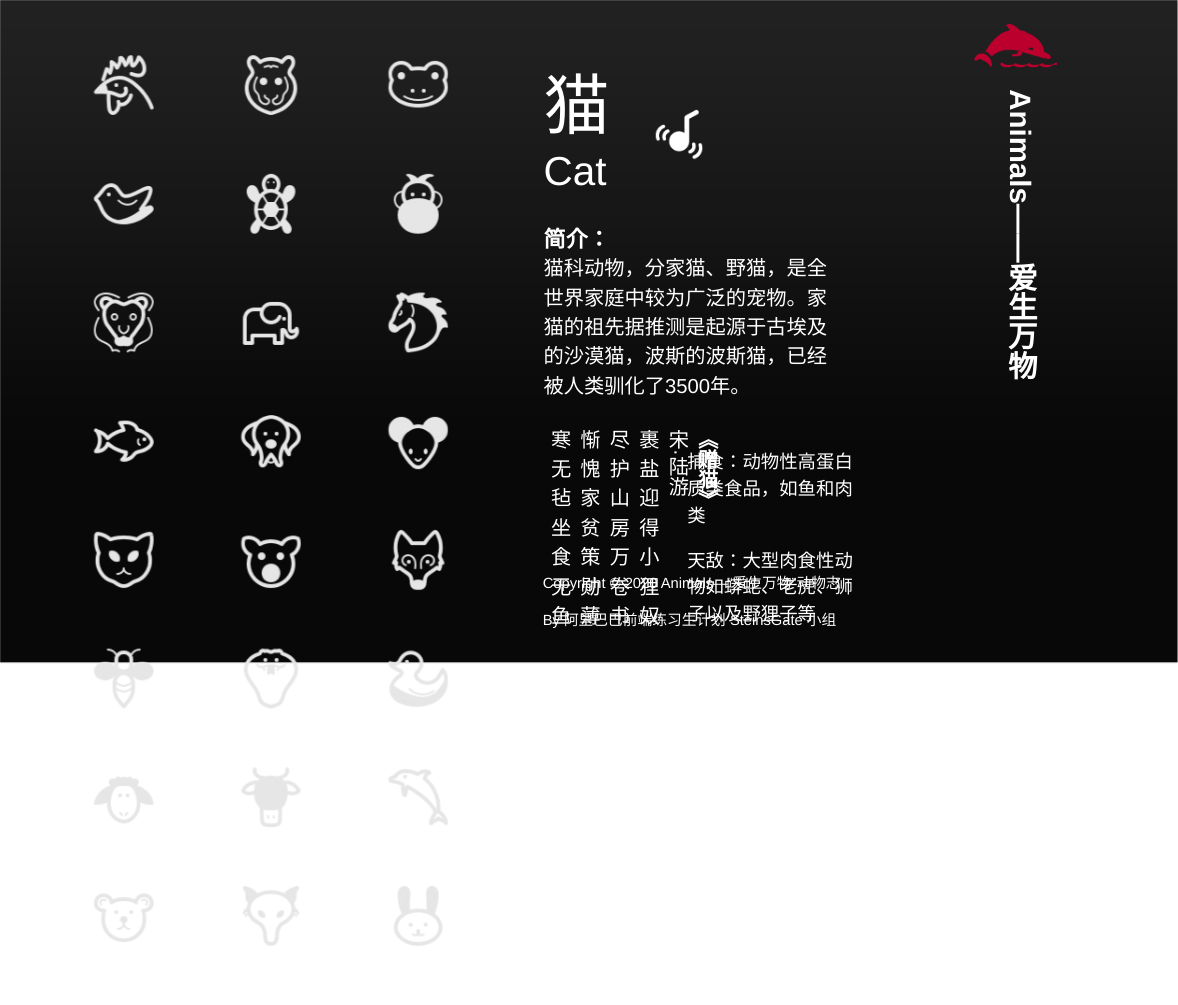
Repository: Whiskeyi/Animals
Page: /
The author's editor kept a copy of each file at every save. The page is drawn from the files as they stood at one save, then again after the next save.
The browser window is 1280 px wide. The pictures show the whole page, at 92% of full size.
The project was rebuilt for these pictures with package versions that can differ from the ones it lists, and the page was loaded fresh each time.

Above is the page before, as saved 2021-11-17 15:13:47.

### public/index.html
<!DOCTYPE html>
<html lang="en">
  <head>
    <meta charset="utf-8">
    <meta http-equiv="X-UA-Compatible" content="IE=edge">
    <meta name="viewport" content="width=device-width,initial-scale=1.0">
    <link rel="icon" href="<%= BASE_URL %>favicon.ico">
    <title>Animals</title>
  </head>
  <body>
    <noscript>
      <strong>We're sorry but animals doesn't work properly without JavaScript enabled. Please enable it to continue.</strong>
    </noscript>
    <div id="app"></div>
    <!-- built files will be auto injected -->
  </body>
</html>

### src/main.js
import Vue from 'vue'
import App from './App.vue'
import router from './router'
import store from './store'
import './plugins/element.js' // 引入element-ui

Vue.config.productionTip = false

new Vue({
  router,
  store,
  render: h => h(App)
}).$mount('#app')

### src/App.vue
<template>
  <div id="app">
    <!-- 入口 -->
    <router-view/>
  </div>
</template>

<style lang="scss">
#app {
  font-family: 'Avenir', Helvetica, Arial, sans-serif;
  -webkit-font-smoothing: antialiased;
  -moz-osx-font-smoothing: grayscale;
}

html, body {  // 去除白边
    width: 100%;
    height: 100%;
    margin: 0;
    padding: 0;
    position: relative;
}

</style>

### src/router.js
// 路由
import Vue from 'vue'
import Router from 'vue-router'
import Home from './views/Home.vue'

Vue.use(Router)

export default new Router({
  mode: 'history',
  base: process.env.BASE_URL,
  routes: [
    {
      path: '/',
      name: 'home',
      component: Home
    }
  ]
})

### src/plugins/element.js
// 引入element-ui
import Vue from 'vue'

import ElementUI from 'element-ui';
import 'element-ui/lib/theme-chalk/index.css';

Vue.use(ElementUI);

### src/views/Home.vue
<template>
  <div class="home">
    <!-- 背景+光泽效果 -->
    <Gloss></Gloss>
    <!-- 页面容器 -->
    <div class="container">
      <!-- 左侧展示模块 -->
      <div id="leftContainer">
        <LeftMain></LeftMain>
      </div>
      <!-- 右侧展示模块 -->
      <div id="rightContainer">
        <!-- 输出信息 -->
          <Info></Info>
          <!-- 右侧标题 -->
          <RightHead></RightHead>
          <!-- 尾部 -->
          <Footer></Footer>
      </div>
    </div>
  </div>
</template>

<script>
// @ is an alias to /src
// 组件引入
import Gloss from '@/components/Gloss'
import Footer from '@/components/Footer'
import Info from '@/components/Info'
import RightHead from '@/components/right-head'
import LeftMain from '@/components/left-main'

export default {
  name: 'home',
  components: {
    Gloss,Footer,Info,RightHead,LeftMain
  }
}
</script>

<style lang="scss" scoped>
#leftContainer {
  position: absolute;
  left: 10%;
  width: 30%;
  height: 100%;
  margin: 0 auto;
}
#rightContainer {
  position: fixed;
  right: 10%;
  width: 50%;
  height: 100%;
  margin: 0 auto;
}
@media screen and (max-width: 1440px) { // 屏幕小于1440px样式
  #leftContainer {
  position: absolute;
  left: 5%;
  width: 36%;
  height: 100%;
  margin: 0 auto;
}
#rightContainer {
  position: fixed;
  right: 5%;
  width: 54%;
  height: 100%;
  margin: 0 auto;
}
}
</style>

### src/components/Gloss/index.vue
<template>
<!-- 实现光泽效果,丰富背景颜色 -->
<div id="bg" :style="{ backgroundColor : color }">
    <div id="gloss"></div>
</div>
</template>

<script>
export default {
    data() {
        return {
            color: 'rgb(158, 122, 122)'
        }
    },
    mounted() {
        setInterval(function() {
            let arrColor = ["#FC9F4D", "#E98B2A", "#90B44B", "#4D5139", "#1C1C1C", "#4F4F48",
                            "#FF5E99", "#828282", "#52433D", "#947A6D", "#080808", "#0C0C0C",
                            "#434343", "#B19693", "#434343", "#EFBB24", "#90B44B", "#373C38",
                            "#BDC0BA", "#BDC0BA", "#BDC0BA", "#434343","#BDC0BA", "#BDC0BA"]
            let color = arrColor[Math.floor(Math.random() * arrColor.length)]
            document.getElementById('bg').style.backgroundColor = color
            window.console.log(color)
            this.color = color
        }, 3000);
    }
}
</script>

<style lang="scss" scoped>
#gloss {
    position: fixed;
    width: 100%;
    height: 478px;
    background: url('../../assets/gloss.png') repeat-x;
    // z-index: -8;  //暂时注释,影响调试
}
#bg {
  height: 100%;
  width: 100%;
  position: fixed;
  // transition: background-color 2s ease-in; // 背景颜色2S过渡
  filter: blur(0.5px); // 背景高斯模糊
  // z-index: -9; //暂时注释,影响调试
}
</style>

### src/components/Footer/index.vue
<template>
  <div class="footerContainer">
      <p>Copyright © 2020 Animals—“爱生万物”动物志</p>
      <p>By 阿里巴巴前端练习生计划 SteinsGate 小组</p>
  </div>
</template>

<script>
export default {

}
</script>

<style lang="scss" scoped>
.footerContainer {
    position: fixed;
    bottom: 0;
    font-size: 1rem;
    color:#fff;
    margin:0 0 20px 65px;
}
</style>

### src/components/Info/index.vue
<template>
  <div class="infoContainer">
    <div class="infPadding">
      <!-- 标题、声音icon -->
    <Introduce></Introduce>
    <!-- 简介 -->
    <IntroduceMid></IntroduceMid>
    <!-- 捕食、诗 -->
    <HabbitPoem></HabbitPoem>
    </div>
  </div>
</template>

<script>
import Introduce from './Introduce'
import HabbitPoem from './habbit-poem'
import IntroduceMid from './introduce-mid'
export default {
  name: 'Info',
  components: {
    Introduce, HabbitPoem, IntroduceMid
  }
}
</script>

<style lang="scss" scoped>
.infoContainer {
    float: left;
    z-index: 10000;
    width: 82%;
    height: 80%;
    margin: 26px 0 0 16px;
    padding: 15px 0px;
    color:#fff;
}
.infPadding {
  padding: 0 0 0 50px;
}
.infoContainer logo {
    position: absolute;
}
@media screen and (max-width: 1440px) { // 屏幕小于1440px样式
  .infoContainer {
    float: left;
    z-index: 10000;
    width: 75%;
    height: 80%;
    margin: 26px 0 0 16px;
}
}
</style>

### src/components/right-head/index.vue
<template>
  <div class="rightHeadContainer">
      <el-image class="logo" alt="logo" :src="require('@/icons/index.png')"></el-image>
      <h1 class="vertical">Animals——爱生万物</h1>
  </div>
</template>

<script>
export default {

}
</script>

<style lang="scss" scoped>
.rightHeadContainer {
    float: left;
    height: 400px;
    width: 100px;
    margin: 26px 0 0 16px;
}
.vertical {
    writing-mode: vertical-lr;
    padding-left: 5px;
    color: #fff;
}
.logo {
    width: 90px;
    padding-bottom: 20px;
}
@media screen and (max-width: 1440px) { // 屏幕小于1440px样式
    .rightHeadContainer {
        float: left;
        height: 400px;
        width:85px;
        margin: 26px 0 0 0;
    }
    .vertical {
        writing-mode: vertical-lr;
        padding-right: 0;
        color: #fff;
    }
}
</style>

### src/components/left-main/index.vue
<template>
  <div class="leftContainer">
    <el-row :gutter="20" type="flex" justify="center" v-for="AnimalsDetail in data" :key="AnimalsDetail.enName">
      <el-col :span="8">
        <el-image class="logo" alt="logo" :src="require('@/icons/animals/chicken.png')"></el-image>
      </el-col>
      <el-col :span="8">
        <el-image class="logo" alt="logo" :src="require('@/icons/animals/tiger.png')"></el-image>
      </el-col>
      <el-col :span="8">
        <el-image class="logo" alt="logo" :src="require('@/icons/animals/frog.png')"></el-image>
      </el-col>
    </el-row>
     <el-row :gutter="20" type="flex" justify="center" v-for="AnimalsDetail in data" :key="AnimalsDetail.enName">
      <el-col :span="8">
        <el-image class="logo" alt="logo" :src="require('@/icons/animals/bird.png')"></el-image>
      </el-col>
      <el-col :span="8">
        <el-image class="logo" alt="logo" :src="require('@/icons/animals/turtle.png')"></el-image>
      </el-col>
      <el-col :span="8">
        <el-image class="logo" alt="logo" :src="require('@/icons/animals/monkey.png')"></el-image>
      </el-col>
    </el-row>
     <el-row :gutter="20" type="flex" justify="center" v-for="AnimalsDetail in data" :key="AnimalsDetail.enName">
      <el-col :span="8">
        <el-image class="logo" alt="logo" :src="require('@/icons/animals/lion.png')"></el-image>
      </el-col>
      <el-col :span="8">
        <el-image class="logo" alt="logo" :src="require('@/icons/animals/elephant.png')"></el-image>
      </el-col>
      <el-col :span="8">
        <el-image class="logo" alt="logo" :src="require('@/icons/animals/horse.png')"></el-image>
      </el-col>
    </el-row>
     <el-row :gutter="20" type="flex" justify="center" v-for="AnimalsDetail in data" :key="AnimalsDetail.enName">
      <el-col :span="8">
        <el-image class="logo" alt="logo" :src="require('@/icons/animals/fish.png')"></el-image>
      </el-col>
      <el-col :span="8">
        <el-image class="logo" alt="logo" :src="require('@/icons/animals/dog.png')"></el-image>
      </el-col>
      <el-col :span="8">
        <el-image class="logo" alt="logo" :src="require('@/icons/animals/mouse.png')"></el-image>
      </el-col>
    </el-row>
     <el-row :gutter="20" type="flex" justify="center" v-for="AnimalsDetail in data" :key="AnimalsDetail.enName">
      <el-col :span="8">
        <el-image class="logo" alt="logo" :src="require('@/icons/animals/cat.png')"></el-image>
      </el-col>
      <el-col :span="8">
        <el-image class="logo" alt="logo" :src="require('@/icons/animals/pig.png')"></el-image>
      </el-col>
      <el-col :span="8">
        <el-image class="logo" alt="logo" :src="require('@/icons/animals/wolf.png')"></el-image>
      </el-col>
    </el-row>
     <el-row :gutter="20" type="flex" justify="center" v-for="AnimalsDetail in data" :key="AnimalsDetail.enName">
      <el-col :span="8">
        <el-image class="logo" alt="logo" :src="require('@/icons/animals/bee.png')"></el-image>
      </el-col>
      <el-col :span="8">
        <el-image class="logo" alt="logo" :src="require('@/icons/animals/snake.png')"></el-image>
      </el-col>
      <el-col :span="8">
        <el-image class="logo" alt="logo" :src="require('@/icons/animals/duck.png')"></el-image>
      </el-col>
    </el-row>
     <el-row :gutter="20" type="flex" justify="center" v-for="AnimalsDetail in data" :key="AnimalsDetail.enName">
      <el-col :span="8">
        <el-image class="logo" alt="logo" :src="require('@/icons/animals/sheep.png')"></el-image>
      </el-col>
      <el-col :span="8">
        <el-image class="logo" alt="logo" :src="require('@/icons/animals/cow.png')"></el-image>
      </el-col>
      <el-col :span="8">
        <el-image class="logo" alt="logo" :src="require('@/icons/animals/dolphin.png')"></el-image>
      </el-col>
    </el-row>
     <el-row :gutter="20" type="flex" justify="center" v-for="AnimalsDetail in data" :key="AnimalsDetail.enName">
      <el-col :span="8">
        <el-image class="logo" alt="logo" :src="require('@/icons/animals/bear.png')"></el-image>
      </el-col>
      <el-col :span="8">
        <el-image class="logo" alt="logo" :src="require('@/icons/animals/fox.png')"></el-image>
      </el-col>
      <el-col :span="8">
        <el-image class="logo" alt="logo" :src="require('@/icons/animals/rabbit.png')"></el-image>
      </el-col>
    </el-row>
  </div>
</template>

<script>
import data from '@/data/Animals.json'
export default {
  data() {
    return {
      data
    }
  }
}
</script>

<style lang="scss" scoped>
.leftContainer {
  padding: 30px 0;
  width: 100%;
  text-align: center;
}
.leftContainer .logo {
  width: 100px;
  height: 100px;
  padding: 40px 0;
}
 @media screen and (max-width: 1440px) { // 屏幕小于1440px样式
  .leftContainer .logo {
    height: 65px;
    width: 65px;
    padding: 30px 0;
  }
 }
</style>

### src/components/Info/Introduce/index.vue
<template>
  <div class="introduce">
      <el-row class="intContainer">
          <el-col :span="6">
              <div class="title">猫</div>
              <div class="subTitle">Cat</div>
          </el-col>
          <el-col :span="10">
              <el-image class="logo" alt="logo" :src="require('@/icons/voice.png')"></el-image>
          </el-col>
      </el-row>
  </div>
</template>

<script>
export default {

}
</script>

<style lang="scss" scoped>
.introduce {
    // background-color: wheat;;
    height: 30%;
    width: 100%;
}
.intContainer {
    padding: 15px 0;
}
.title {
    font-size: 72px;
}
.subTitle {
    font-size: 44px;
}
.logo {
    padding-top: 60px;
    height: 60px;
    width: 60px;
}
</style>

### src/components/Info/habbit-poem/index.vue
<template>
  <div class="habPoem">
       <el-row class="habContainer">
           <el-col class="poem" :span="8">
                <div class="content">寒无毡坐食无鱼</div>
                <div class="content">惭愧家贫策勋薄</div>
                <div class="content">尽护山房万卷书</div>
                <div class="content">裹盐迎得小狸奴</div>
                <div class="author">宋·陆游</div>
                <div class="poemTitle">《赠猫》</div>
            </el-col>
            <el-col class="habContent" :span="10">
              <p class="foodTitle">捕食：动物性高蛋白质类食品，如鱼和肉类</p>
              <p class="enemyTitle">天敌：大型肉食性动物如蟒蛇、老虎、狮子以及野狸子等</p>
            </el-col>
      </el-row>
  </div>
</template>

<script>
export default {

}
</script>

<style lang="scss" scoped>
.habPoem {
    // background-color: rgb(252, 94, 94);
    height: 30%;
}
.poem {
    writing-mode: vertical-lr;
    font-size: 22px;
    .poemTitle {
        font-weight: bold;
    }
    .content {
        letter-spacing: 15px;
    }
}
.habContainer {
    padding: 15px 0;
}
.habContent p {
    font-size: 20px;
}
@media screen and (max-width: 1440px) { // 屏幕小于1440px样式
    .poem {
        writing-mode: vertical-lr;
        font-size: 22px;
        .poemTitle {
            font-weight: bold;
        }
        .content {
            letter-spacing: 10px;
        }
    }
}
</style>

### src/components/Info/introduce-mid/index.vue
<template>
    <div class="fooMid">
        <el-row class="botContainer">
            <el-col :sm="16" :md="16" :lg="16">
                <div class="IntTitle">简介：</div>
                <div class="IntContent">猫科动物，分家猫、野猫，是全世界家庭中较为广泛的宠物。家猫的祖先据推测是起源于古埃及的沙漠猫，波斯的波斯猫，已经被人类驯化了3500年。</div>
            </el-col>
        </el-row>
    </div>
</template>

<script>
export default {

}
</script>

<style lang="scss" scoped>
.fooMid {
    // background-color: rgb(253, 128, 128);
    height: 50%;
    width: 100%;
}
.botContainer {
    padding: 15px 0;
}
.IntTitle {
    font-size: 24px;
    font-weight: bold;
}
.IntContent {
    font-size: 22px;
    line-height: 40px;
}
@media screen and (max-width: 1440px) { // 屏幕小于1440px样式
    .IntContent {
        font-size: 22px;
        line-height: 32px;
    }
}
</style>

Loaded but not shown: src/store.js (common file); src/data/Animals.json (340 lines, source omitted)

After the next save:
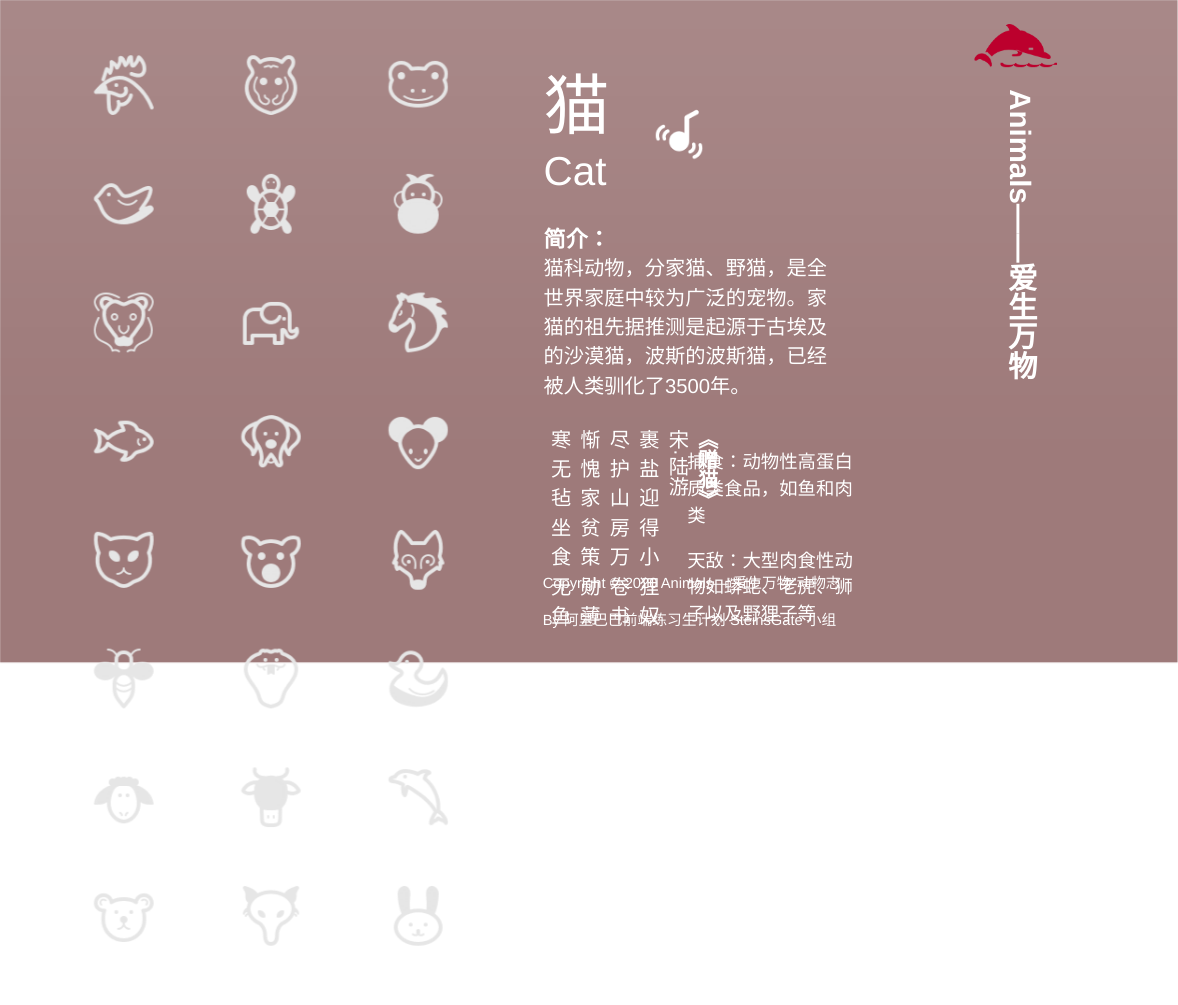
Saved 35 s later.
--- a/src/components/Gloss/index.vue
+++ b/src/components/Gloss/index.vue
@@ -19,7 +19,7 @@ export default {
                             "#434343", "#B19693", "#434343", "#EFBB24", "#90B44B", "#373C38",
                             "#BDC0BA", "#BDC0BA", "#BDC0BA", "#434343","#BDC0BA", "#BDC0BA"]
             let color = arrColor[Math.floor(Math.random() * arrColor.length)]
-            document.getElementById('bg').style.backgroundColor = color
+            // document.getElementById('bg').style.backgroundColor = color
             window.console.log(color)
             this.color = color
         }, 3000);
